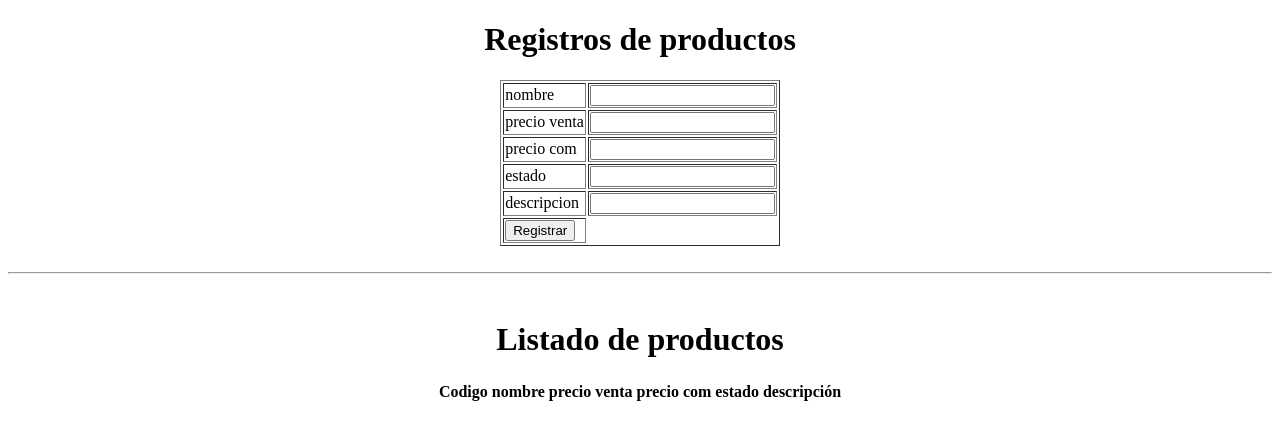
Repository: davidgit20/Examen_JPA
Page: http://localhost/examen_CL2/RegistroProducto.jsp
The author's editor kept a copy of each file at every save. The page is drawn from the files as they stood at one save, then again after the next save.
The browser window is 1280 px wide. The pictures show the whole page.
The page is served by Tomcat 9. Other server files are loaded and not shown. The template is opened directly, without the code that normally fills it, so the values that code supplies are empty.

Above is the page before, as saved 2023-10-25 01:09:07.

### examen_CL2/src/main/webapp/RegistroProducto.jsp
<%@ page language="java" contentType="text/html; charset=ISO-8859-1"
    pageEncoding="ISO-8859-1"%>
    <%@page import="java.util.*"%>
    <%@page import="modelos.TblProducto"%>
<!DOCTYPE html PUBLIC "-//W3C//DTD HTML 4.01 Transitional//EN" "http://www.w3.org/TR/html4/loose.dtd">
<html>
<head>
<meta http-equiv="Content-Type" content="text/html; charset=ISO-8859-1">
<title>Productos</title>
</head>
<body>
<h1 align="center">Registros de productos</h1>
	<form action="ControladorProducto" method="post">
		<table border="1" align="center">
			<tr>
				<td>nombre</td>
				<td><input type="text" name="nombres"></td>
			</tr>
			<tr>
				<td>precio venta</td>
				<td><input type="text" name="venta"></td>
			</tr>
			<tr>
				<td>precio com</td>
				<td><input type="text" name="com"></td>
			</tr>
			<tr>
				<td>estado</td>
				<td><input type="text" name="estado"></td>
			</tr>
			<tr>
				<td>descripcion</td>
				<td><input type="text" name="descrip"></td>
			</tr>
			<tr>
				<td><input type="submit" value="Registrar"></td>
			</tr>
		</table>
	</form>
	<br>
	<hr>
	<br>
	<%
		String men = (String)request.getAttribute("mensaje");
		String mensaje = "";
		if(men != null) men = mensaje;
	%>
	<h1 align="center"><%=mensaje %></h1>

	<h1 align="center">Listado de productos</h1>
	<table align="center" class="table table-striped">
		<tr>
			<th>Codigo</th>
			<th>nombre</th>
			<th>precio venta</th>
			<th>precio com</th>
			<th>estado</th>
			<th>descripción</th>
		</tr>
		<%
		List<TblProducto> listadoProducto = (List<TblProducto>)request.getAttribute("milista");
		if(listadoProducto != null)
		{
			for(TblProducto lis:listadoProducto)
			{
				%>
				<tr>
					<td><%=lis.getNombre()%></td>
					<td><%=lis.getPrecioVenta() %></td>
					<td><%=lis.getPrecioCom() %></td>
					<td><%=lis.getEstado() %></td>
					<td><%=lis.getDescrip() %></td>
				</tr>
				<%
			}
		}
		%>

	</table>



</body>
</html>

After the next save:
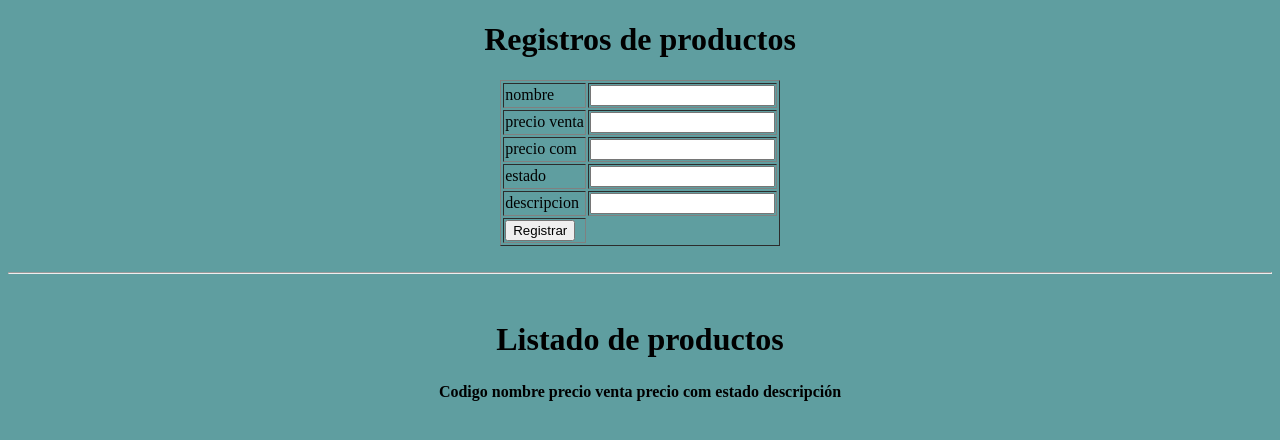
Saved 4 min 33 s later.
--- a/examen_CL2/src/main/webapp/RegistroProducto.jsp
+++ b/examen_CL2/src/main/webapp/RegistroProducto.jsp
@@ -8,7 +8,7 @@
 <meta http-equiv="Content-Type" content="text/html; charset=ISO-8859-1">
 <title>Productos</title>
 </head>
-<body>
+<body bgcolor="cadetblue">
 <h1 align="center">Registros de productos</h1>
 	<form action="ControladorProducto" method="post">
 		<table border="1" align="center">
